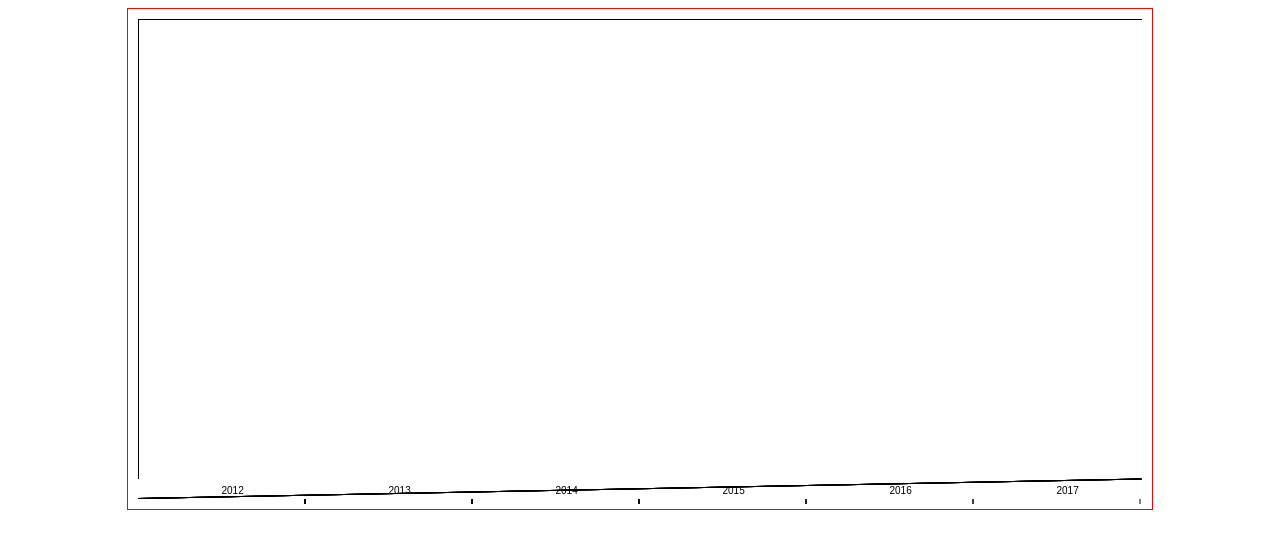
Repository: cw19931024/Demo
Page: canvas.html
The author's editor kept a copy of each file at every save. The page is drawn from the files as they stood at one save, then again after the next save.
The browser window is 1280 px wide. The pictures show the whole page.

Above is the page before, as saved 2017-07-27 14:20:08.

After the next save:
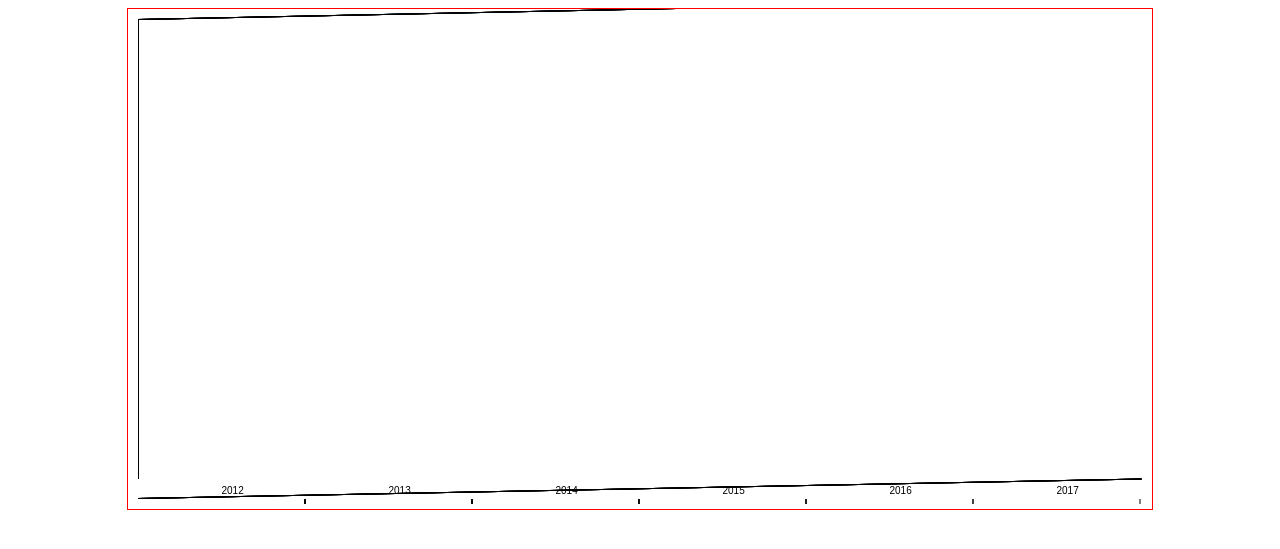
Saved 19 s later.
--- a/canvas.html
+++ b/canvas.html
@@ -48,7 +48,7 @@
     Edit('moveTo',[padding,height-padding-0.5]);
     Edit('lineTo',[width-padding-0.5,height-padding-20]);
     Edit('moveTo',[padding,padding + 0.5]);
-    Edit('lineTo',[width - padding - 0.5,padding + 0.5]);
+    Edit('lineTo',[width - padding - 0.5,padding-20]);
     context.stroke();
 
     for(var i=0;i<data.length;i++){

After the save that followed:
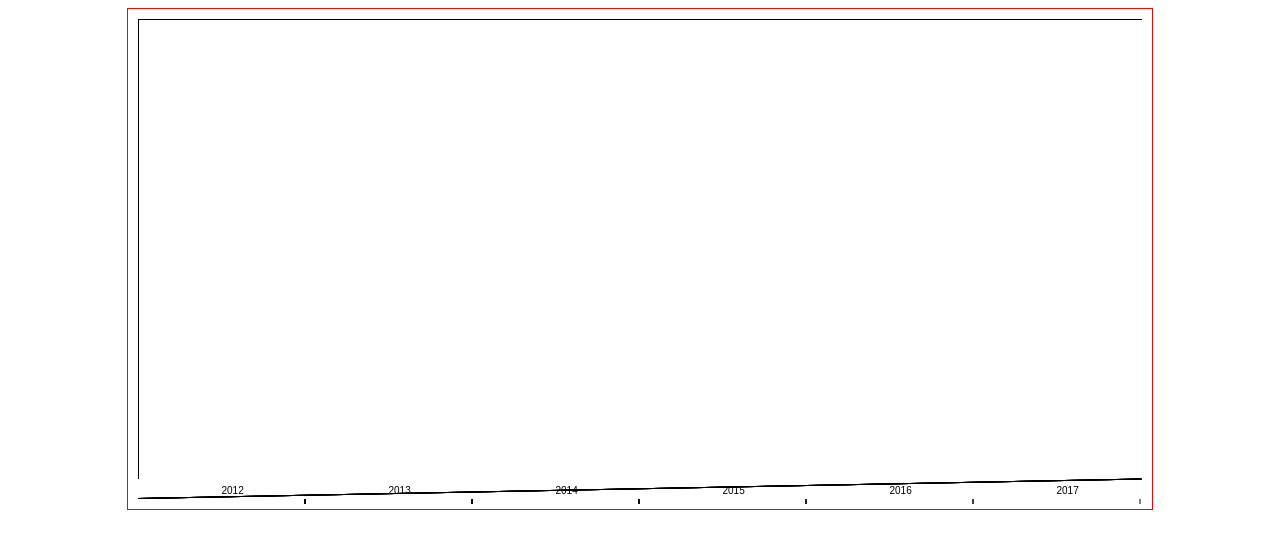
Saved 7 s later.
--- a/canvas.html
+++ b/canvas.html
@@ -48,7 +48,7 @@
     Edit('moveTo',[padding,height-padding-0.5]);
     Edit('lineTo',[width-padding-0.5,height-padding-20]);
     Edit('moveTo',[padding,padding + 0.5]);
-    Edit('lineTo',[width - padding - 0.5,padding-20]);
+    Edit('lineTo',[width - padding - 0.5,padding + 0.5]);
     context.stroke();
 
     for(var i=0;i<data.length;i++){
